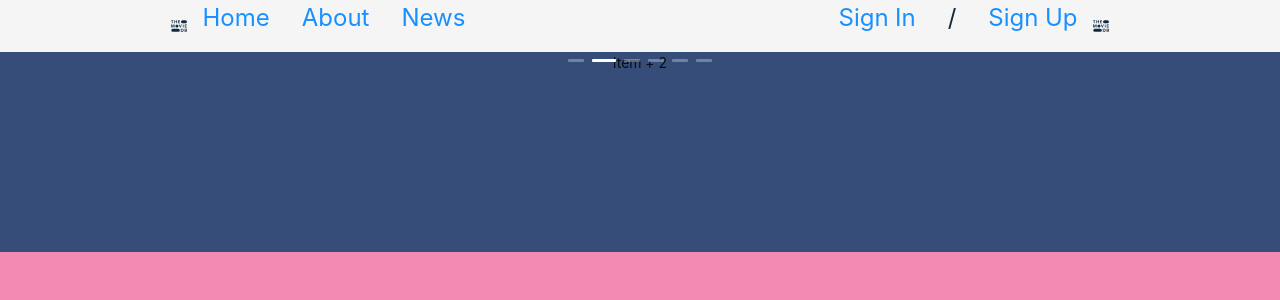
Repository: thaiduy1704/Movie
Page: /
The author's editor kept a copy of each file at every save. The page is drawn from the files as they stood at one save, then again after a run of saves.
The browser window is 1280 px wide. The pictures show the whole page.
The project was rebuilt for these pictures with package versions that can differ from the ones it lists, and the page was loaded fresh each time. Also part of the build but not shown: src/pages/About.js, src/pages/News.js, src/pages/Error.js.

Above is the page before, as saved 2022-07-14 13:09:02.

After the next 3 saves:
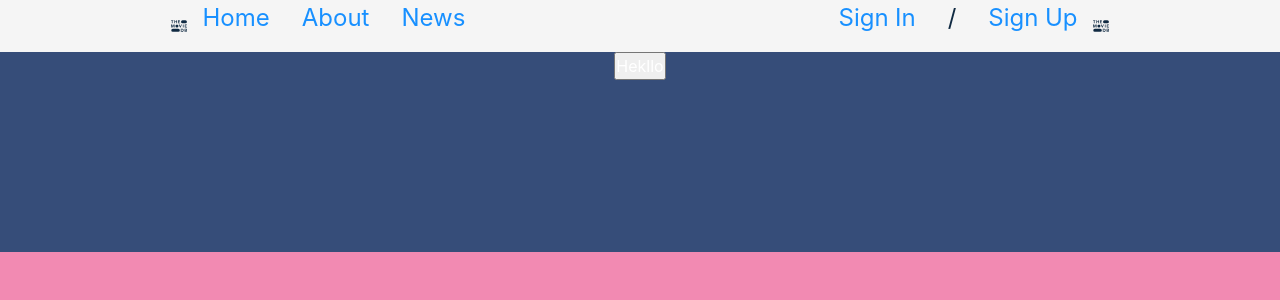
The 3 saves are shown as one change because they came seconds apart.
The last was saved 16 s later.
--- a/src/components/Carousel.js
+++ b/src/components/Carousel.js
@@ -34,8 +34,8 @@ const Carousel = () => {
 
     return (
         <Container>
-
-            <CarouselMovie autoplay>{renderImg()}</CarouselMovie>
+            <button>Hekllo</button>
+            {/* <CarouselMovie autoplay>{renderImg()}</CarouselMovie> */}
         </Container>
     )
 }
